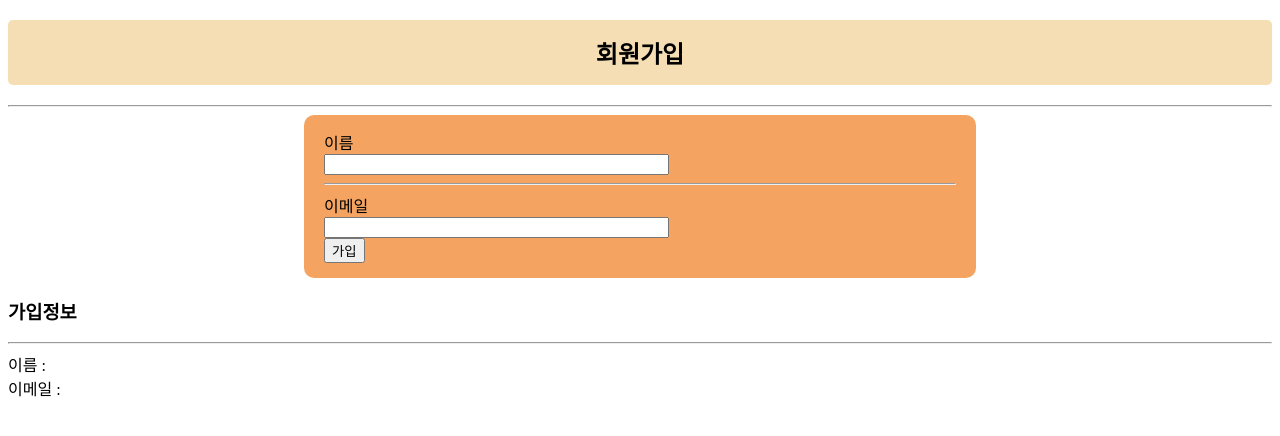
Repository: Hiron-Musk/JSP_ex
Page: jwbook/src/main/webapp/ch03/reform.html
The author's editor kept a copy of each file at every save. The page is drawn from the files as they stood at one save, then again after the next save.
The browser window is 1280 px wide. The pictures show the whole page.

Above is the page before, as saved 2024-03-08 05:33:41.

After the next save:
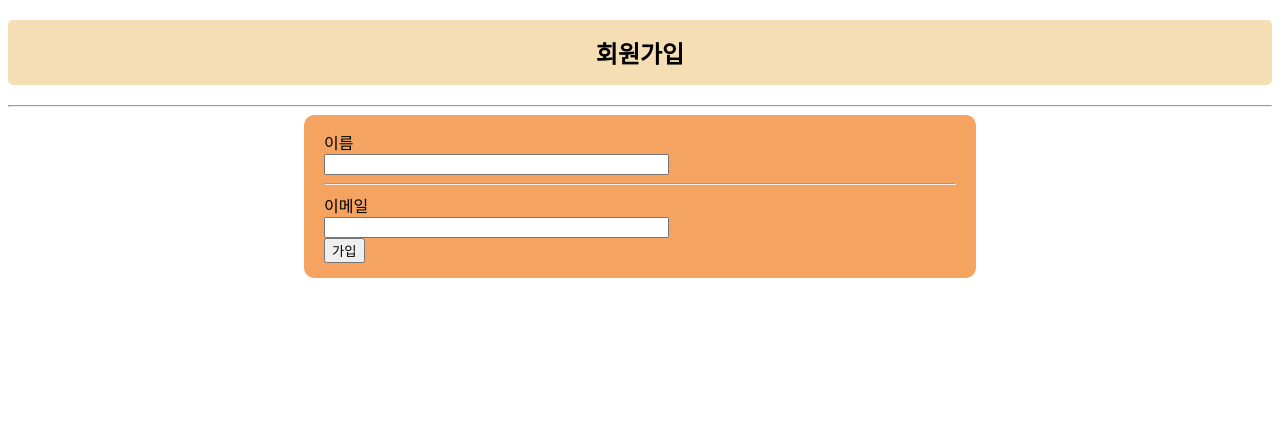
Saved 89 s later.
--- a/jwbook/src/main/webapp/ch03/reform.html
+++ b/jwbook/src/main/webapp/ch03/reform.html
@@ -39,8 +39,9 @@
 					<hr>
 					이름 : <span id="rname"></span><br>
 					이메일 : <span id="remail"></span><br>
-
-
-				</div>
+	</div>
+	<script>
+		document.getElementById("result").style.display="none";
+	</script>
 	</body>
 </html>
